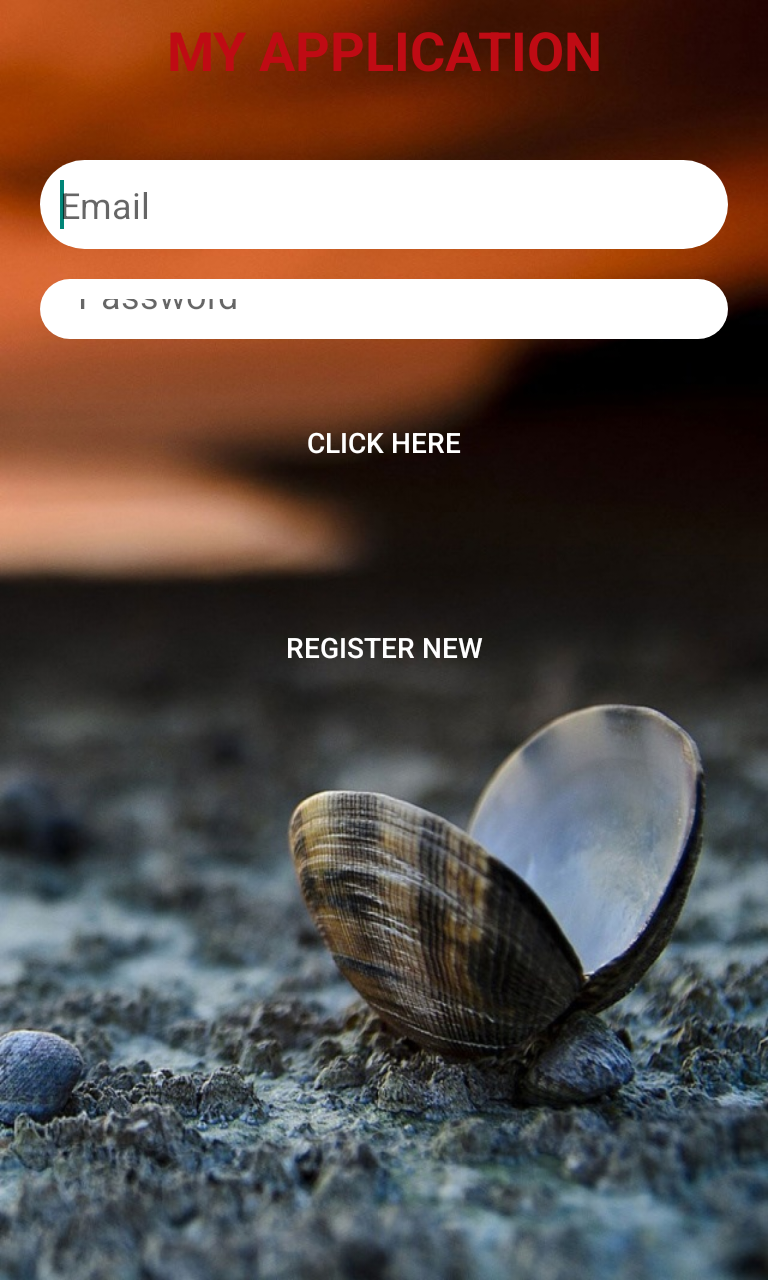
Repository: adarshnair13/message
Layout: myproject/res/layout/adarsh.xml
These files come from the project's save history. The layout is drawn as it stood at one moment and after the next save; the edit follows.
It is drawn on a 768 x 1280 px phone screen (xhdpi) without system bars, with theme AppTheme; the app's code is not run.

Above is the layout before, as saved 2015-04-17 07:20:37.

After the next save:
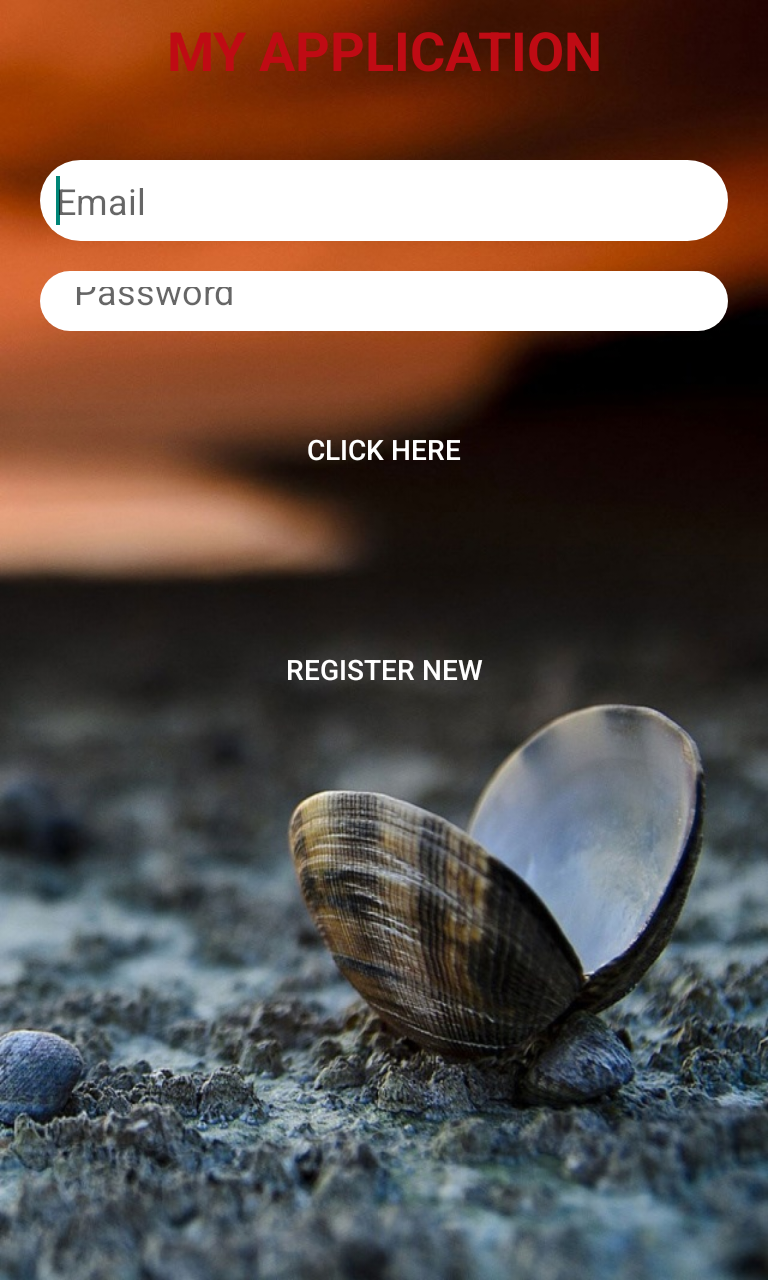
Saved 50 s later.
--- a/myproject/res/layout/adarsh.xml
+++ b/myproject/res/layout/adarsh.xml
@@ -26,7 +26,7 @@
         android:ems="10"
         android:hint="Email"
         android:inputType="textEmailAddress"
-        android:padding="10dp" >
+        android:padding="8dp" >
 
         <requestFocus />
     </EditText>
@@ -40,7 +40,7 @@
         android:layout_marginTop="15dp"
         android:background="@drawable/curve"
         android:ems="10"
-         android:padding="10dp"
+         android:padding="8dp"
         android:hint="  Password"
         android:inputType="textPassword" />
 
@@ -48,7 +48,7 @@
         android:id="@+id/button1"
         style="?android:attr/buttonStyleSmall"
         android:layout_width="match_parent"
-        android:layout_height="33dp"
+        android:layout_height="wrap_content"
         android:layout_margin="35dp"
         android:background="#00404040"
         android:onClick="ClickButton"
